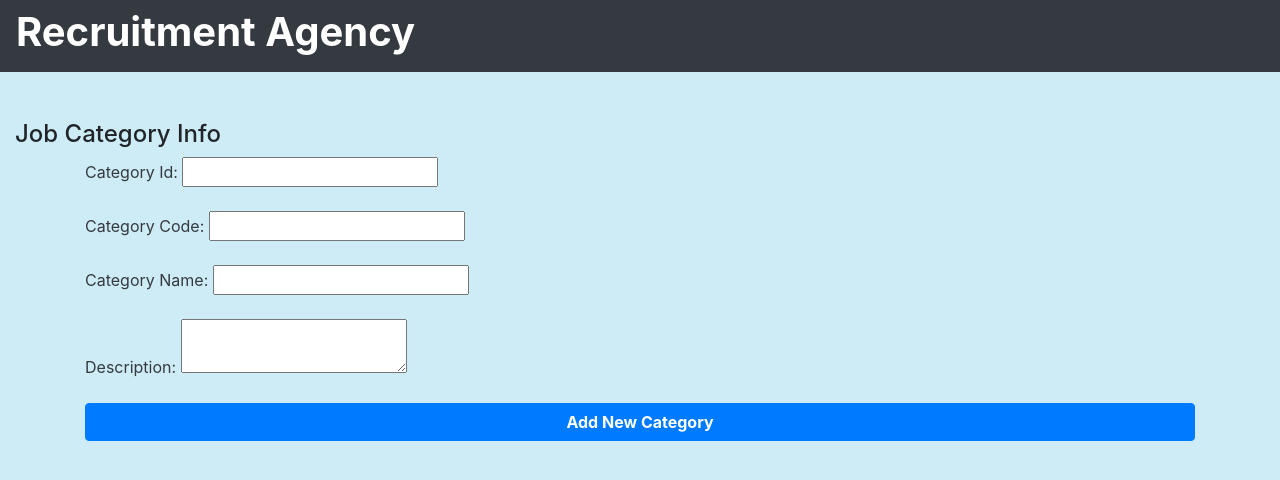
Repository: ism-shahriar/RecruitmentAgencyPortal
Page: http://localhost/index
The author's editor kept a copy of each file at every save. The page is drawn from the files as they stood at one save, then again after the next save.
The browser window is 1280 px wide. The pictures show the whole page.
The page is this project's Thymeleaf template; nobody is signed in. The template is opened directly, without the code that normally fills it, so the values that code supplies are empty.

Above is the page before, as saved 2020-04-17 06:24:08.

### MicroServiceJobCat/src/main/resources/templates/index.html
<!DOCTYPE html>
<html xmlns:th="http://www.thymeleaf.org">
<head>
<meta charset="ISO-8859-1">
<title>Job Category</title>
</head>
<link rel="stylesheet"
	href="https://maxcdn.bootstrapcdn.com/bootstrap/4.4.1/css/bootstrap.min.css">
<body style="background-color: #CEECF5">
<nav class="navbar navbar-expand-sm bg-dark navbar-dark">
	<h1 style="font-weight: bold; color: white">Recruitment Agency</h1>
</nav>
	<div class="container-fluid" style="background-color: #CEECF5">
	<br><br><h4>Job Category Info</h4>
		<form class="container text-dark" action="add" method="POST">
			Category Id: <input type="text" name="catId" /><br></br>
			Category Code: <input type="text" name="catCode" /><br></br>
			Category Name: <input type="text" name="catName" /><br></br>
			Description: <textarea name="catDesc"></textarea><br></br>

			<button type="submit" class="btn btn-primary mb-2"
				style="width: 100%; font-weight: bold">Add New Category</button>
</form>

	</div>

</body>
</html>

After the next save:
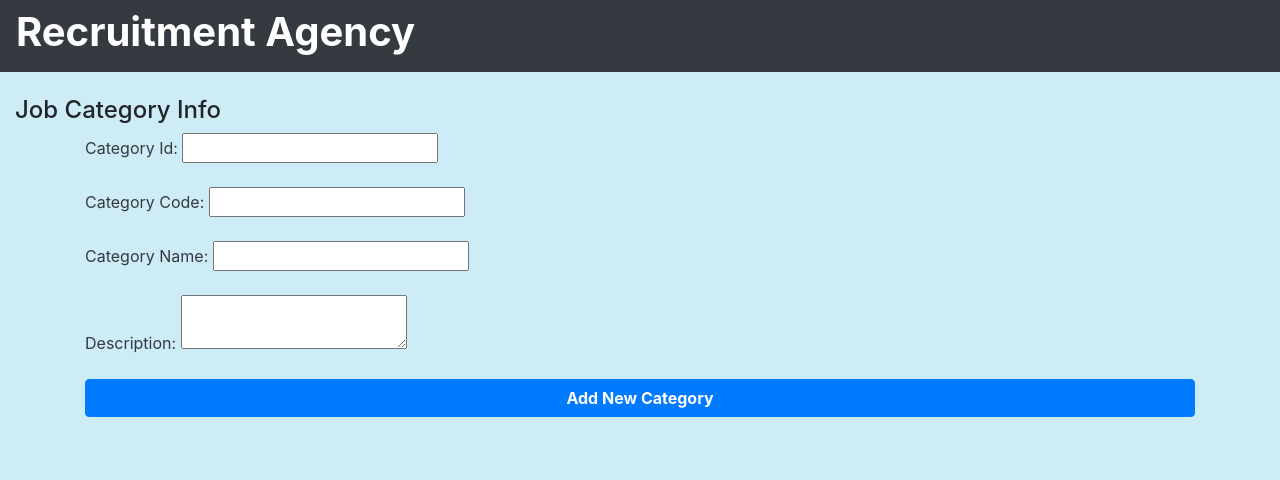
Saved 36 s later.
--- a/MicroServiceJobCat/src/main/resources/templates/index.html
+++ b/MicroServiceJobCat/src/main/resources/templates/index.html
@@ -11,7 +11,7 @@
 	<h1 style="font-weight: bold; color: white">Recruitment Agency</h1>
 </nav>
 	<div class="container-fluid" style="background-color: #CEECF5">
-	<br><br><h4>Job Category Info</h4>
+	<br><h4>Job Category Info</h4>
 		<form class="container text-dark" action="add" method="POST">
 			Category Id: <input type="text" name="catId" /><br></br>
 			Category Code: <input type="text" name="catCode" /><br></br>
